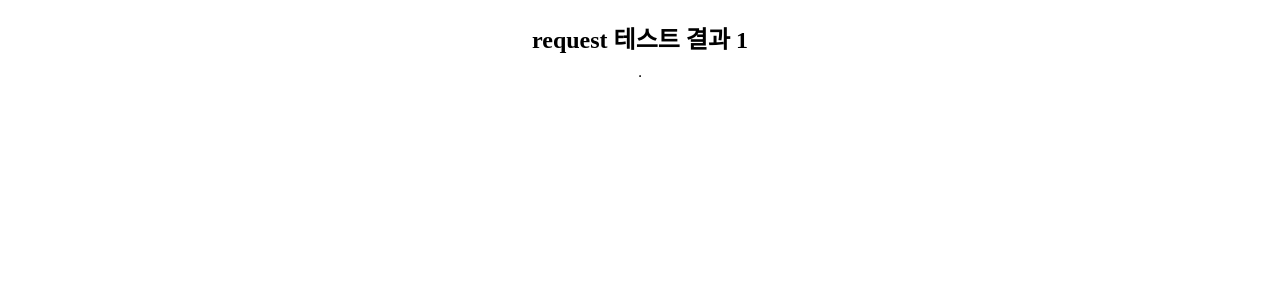
Repository: donggeonoh/My_Source
Page: http://localhost/WebProgramming/ch06/request_result.jsp
The author's editor kept a copy of each file at every save. The page is drawn from the files as they stood at one save, then again after the next save.
The browser window is 1280 px wide. The pictures show the whole page.
The page is served by Tomcat 9. Other server files are loaded and not shown.

Above is the page before, as saved 2016-10-13 09:52:02.

### JSP-Web Source/WebProgramming/WebContent/ch06/request_result.jsp
<%@ page language="java" contentType="text/html; charset=UTF-8"
    pageEncoding="UTF-8"%>
<% request.setCharacterEncoding("UTF-8"); %>
<!DOCTYPE html PUBLIC "-//W3C//DTD HTML 4.01 Transitional//EN" "http://www.w3.org/TR/html4/loose.dtd">
<html> <head>
<title>Request Test</title>
</head>
<body>

	<div align = "center">
		<H2>request 테스트 결과 1</H2>
		<table border = "1", cellspacing="1">

	</div>

</body>
</html>

After the next save:
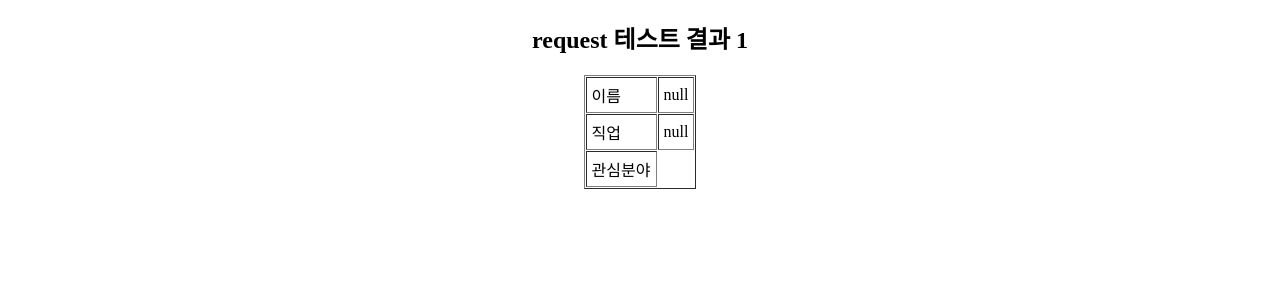
Saved 2 min 52 s later.
--- a/JSP-Web Source/WebProgramming/WebContent/ch06/request_result.jsp
+++ b/JSP-Web Source/WebProgramming/WebContent/ch06/request_result.jsp
@@ -9,7 +9,11 @@
 
 	<div align = "center">
 		<H2>request 테스트 결과 1</H2>
-		<table border = "1", cellspacing="1">
+		<table border = "1", cellspacing="1", cellpadding="5">
+			<tr> <td>이름</td><td><%= request.getParameter("username") %></td>
+			<tr> <td>직업</td><td><%= request.getParameter("job") %></td>
+			<tr> <td>관심분야</td>
+		</table>
 
 	</div>
 
